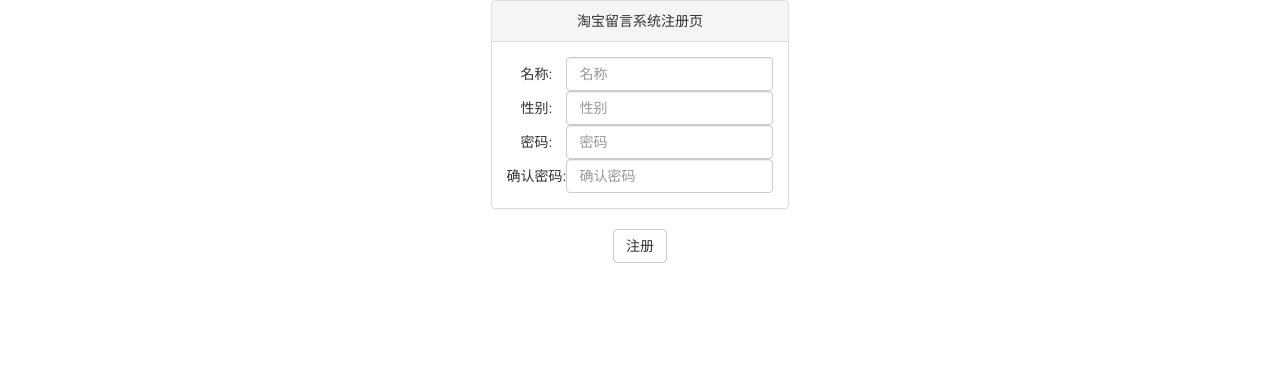
Repository: suxiaohutot/PHP
Page: http://localhost/zhuce.php
These files come from the project's save history. The page is drawn as it stood at one moment and after the next save; the edit follows.
The browser window is 1280 px wide. The pictures show the whole page.
The page is run by PHP 8.4 with error messages shown; the project is at /var/www/html/.

Above is the page before, as saved 2019-11-01 06:49:36.

### test/zhuce.php
<!doctype html>
<html>
<head>
	<meta charset="utf-8">
	<title>注册</title>
	<link href="css/bootstrap.min.css" rel="stylesheet" />
	<style type="text/css">
	body{ text-align:center}
	</style>
</head>
<body>
    <div>
    	<form action="regist.php" method="post" class="container">
<!--     		<div ><h2>淘宝留言系统注册页</h2></div> -->
    		<div class="form-inline">
    			<div class="form-group">
    			<div class="panel panel-default">
                	<div class="panel-heading">
                		淘宝留言系统注册页
                	</div>
                	<div class="panel-body">
                		<table >
                            <tr>
                            	<td>名称:</td>
                            	<td><input type="text" name="name" class="form-control" placeholder="名称"></td>
                            </tr>
                            <tr>
                            	<td>性别:</td>
                            	<td><input type="text" name="sex" class="form-control" placeholder="性别"></td>
                            </tr>
                            <tr>
                            	<td>密码:</td>
                            	<td><input type="password" name="password" class="form-control" placeholder="密码"></td>
                            </tr>
                            <tr>
                            	<td>确认密码:</td>
                            	<td><input type="password" name="confirmpaswd"  class="form-control" placeholder="确认密码"></td>
                            </tr>
                        </table>
            		</div>
        		</div>

				</div>
    		</div>
            <div class="center-button">
            	<button class="btn btn-default">注册</button>
			</div>
        </form>
    </div>

</body>

</html>

Loaded but not shown: test/css/bootstrap.min.css (library)

After the next save:
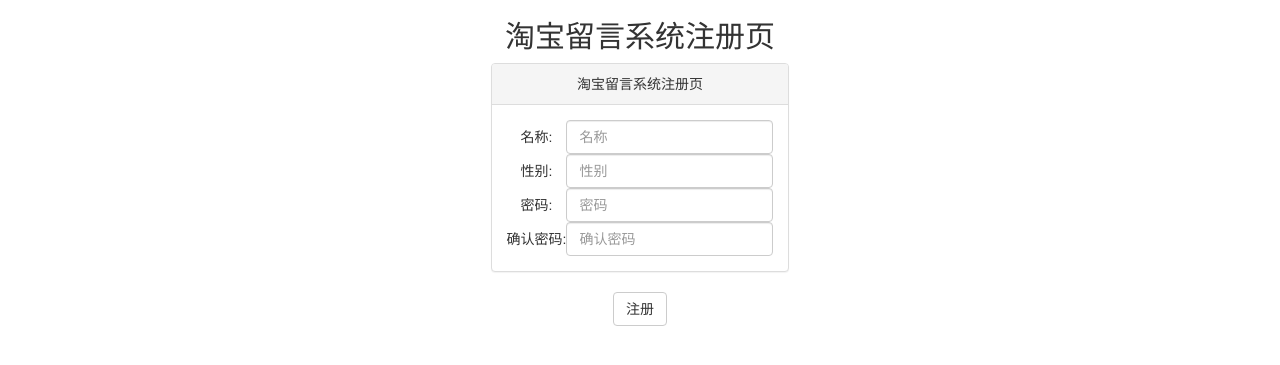
Saved 10 s later.
--- a/test/zhuce.php
+++ b/test/zhuce.php
@@ -11,7 +11,7 @@
 <body>
     <div>
     	<form action="regist.php" method="post" class="container">
-<!--     		<div ><h2>淘宝留言系统注册页</h2></div> -->
+    		<div ><h2>淘宝留言系统注册页</h2></div>
     		<div class="form-inline">
     			<div class="form-group">
     			<div class="panel panel-default">
